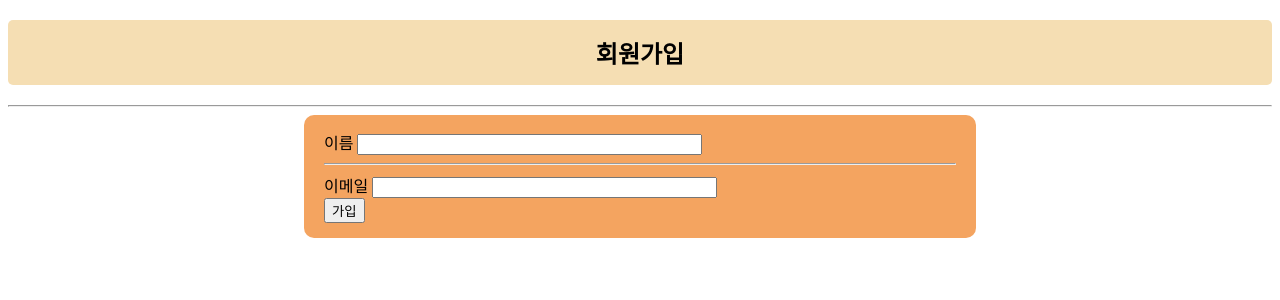
Repository: Hwater00/JSP-practice
Page: javaWorkspace/jwbook/src/main/webapp/ch03/rdgform.html
The author's editor kept a copy of each file at every save. The page is drawn from the files as they stood at one save, then again after the next save.
The browser window is 1280 px wide. The pictures show the whole page.

Above is the page before, as saved 2023-07-26 08:18:57.

### javaWorkspace/jwbook/src/main/webapp/ch03/rdgform.html
<!DOCTYPE html>
<html>
<head>
<meta charset="UTF-8">
<title>회원 가입 폼 만들기</title>
<style>
	h2{
		border-radius: 5px;
		background-color: wheat;
		text-align: center;
		padding: 15px 0;
	}
 #regform{
		padding: 15px 20px;
		border-radius: 10px;
		margin: auto;
		width: 50%;
		background-color:sandybrown;
	}
</style>
</head>
<script>
	function singUp(){
		alert("정말로 가입 하시겠습니다.");
		document.getElementById("regform").style.display= "none";
		document.getElementById("rname").innerHTML= document.form1.name.value;
		document.getElementById("remail").innerHTML = document.form1.email.value;
		document.getElementById("result").setAttribute("style","display:block; background-color:white;");
	}
</script>
<body>
	<h2>회원가입</h2>
	<hr>
	<div id="regform">
		<form name="form1">
			<label>이름</label>
			<input type="text" name="name" size="40"><br>
			<hr>
			<label>이메일</label>
			<input type="email" " name="email" size="40"><br>
			<button type="button" onclick="singUp()">가입</button>
		</form>
	</div>
	<div id="result" class="result">
		<h3>가입정보</h3>
		<hr>
		이름:<span id ="rname"></span><br>
		이메일:<span id ="remail"></span><br>
	</div>
	<script>
		document.getElementById("result").style.display = "none";
	</script>
</body>
</html>

After the next save:
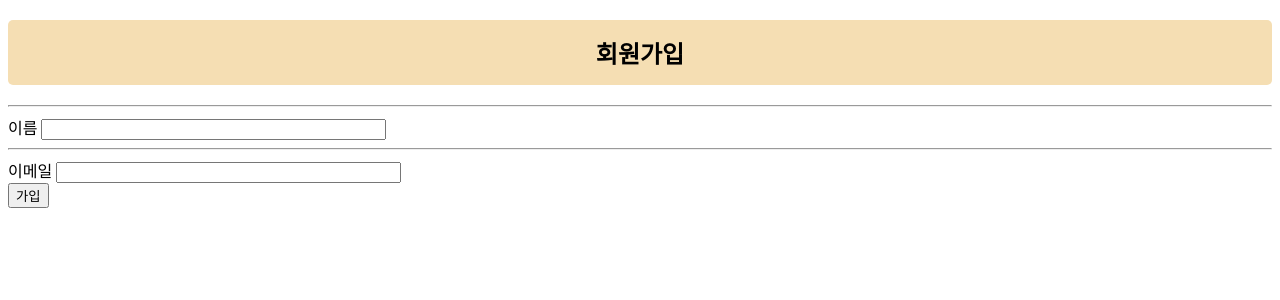
Saved 55 s later.
--- a/javaWorkspace/jwbook/src/main/webapp/ch03/rdgform.html
+++ b/javaWorkspace/jwbook/src/main/webapp/ch03/rdgform.html
@@ -10,7 +10,7 @@
 		text-align: center;
 		padding: 15px 0;
 	}
- #regform{
+ #regform #result{
 		padding: 15px 20px;
 		border-radius: 10px;
 		margin: auto;

After the save that followed:
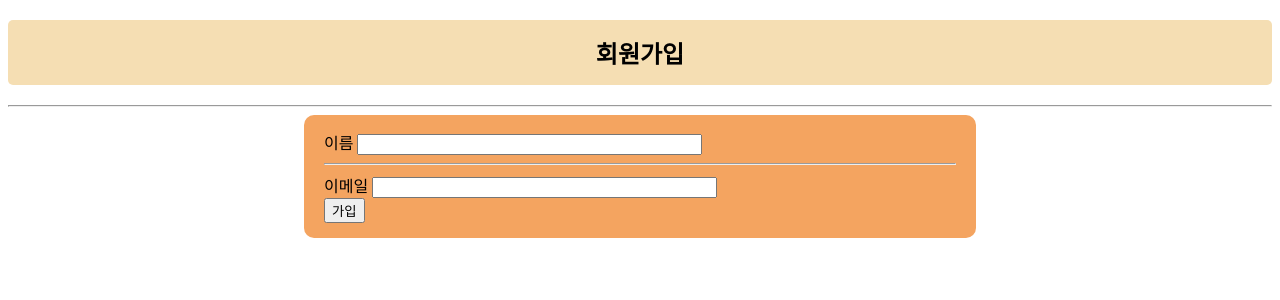
Saved 24 s later.
--- a/javaWorkspace/jwbook/src/main/webapp/ch03/rdgform.html
+++ b/javaWorkspace/jwbook/src/main/webapp/ch03/rdgform.html
@@ -10,7 +10,7 @@
 		text-align: center;
 		padding: 15px 0;
 	}
- #regform #result{
+ #regform {
 		padding: 15px 20px;
 		border-radius: 10px;
 		margin: auto;
